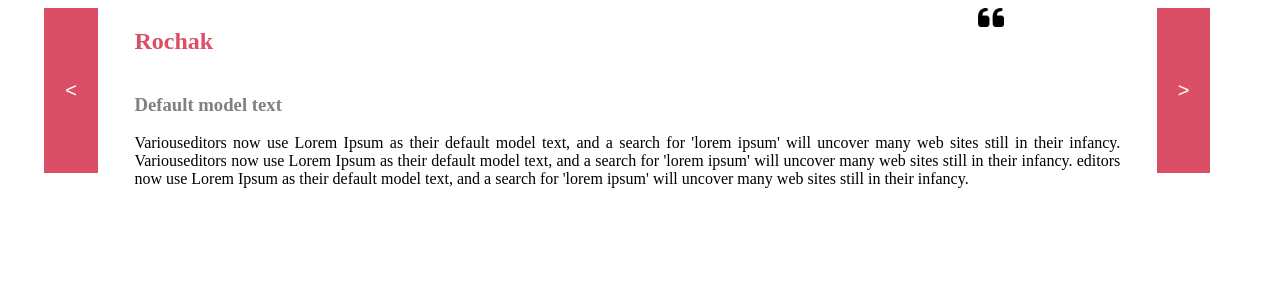
Repository: AVINKUMARP/gifts
Page: demo2.html
These files come from the project's save history. The page is drawn as it stood at one moment and after the next save; the edit follows.
The browser window is 1280 px wide. The pictures show the whole page.

Above is the page before, as saved 2023-08-24 14:05:38.

### demo2.html
<!DOCTYPE html>
<html lang="en">
<head>
    <meta charset="UTF-8">
    <meta name="viewport" content="width=device-width, initial-scale=1.0">
    <title>Document</title>
    <style>
        .container{
            display: flex;
            flex-wrap: wrap;
            text-align: center;
            margin: ;
        }
        .cbutl{
            width: 10%;
        }
        .cpara{
            width: 78%;
        }
        .cbutr{
            width: 10%;
        }
        .csub{
            display: flex;
            flex-wrap: wrap;
            justify-content: space-between;
        }
        .cbutl button{
            background-color: #db4f66;
            color: white;
            border:1px solid #db4f66;
            padding: 70px 20px;
            font-size: 20px;
        }
        .csub h2{
            text-align: start;

        }
        .ch h2{
            color:#db4f66;
        }
        .cpara h3{
            color:gray;
        }
        .cpara h3{
            text-align: start;
        }
        .cpara p{
            text-align: justify;
        }
    </style>
</head>
<body>
    <div class="container">
        <div class="cbutl"><button><</button></div>
        <div class="cpara">
            <div class="csub">
                <div class="ch"><h2>Rochak</h2>
                </div>
                <div class="cicon"><img src="./images/icon.png" alt="loading..." width="10%"></div>
            </div>
            <h3>Default model text</h3>
            <p>Variouseditors now use Lorem Ipsum as their default model text, and a search for 'lorem ipsum' will uncover many web sites still in their infancy. Variouseditors now use Lorem Ipsum as their default model text, and a search for 'lorem ipsum' will uncover many web sites still in their infancy. editors now use Lorem Ipsum as their default model text, and a search for 'lorem ipsum' will uncover many web sites still in their infancy.</p>
        </div>
        <div class="cbutl"><button>></button></div>
    </div>
</body>
</html>

After the next save:
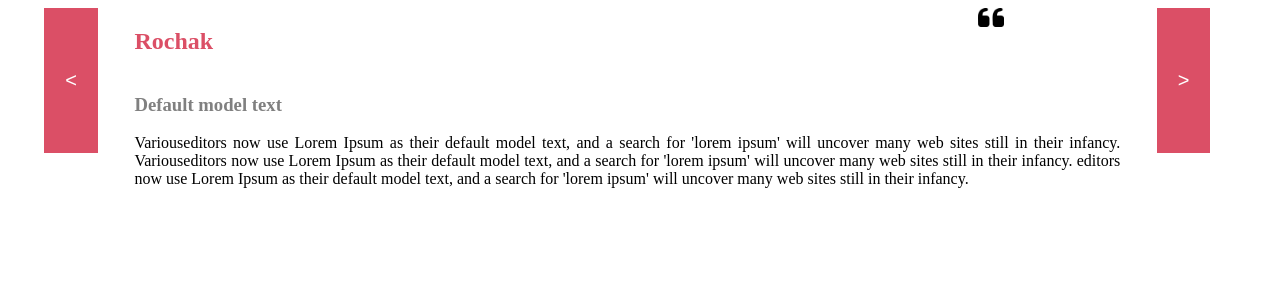
Saved 24 s later.
--- a/demo2.html
+++ b/demo2.html
@@ -29,7 +29,7 @@
             background-color: #db4f66;
             color: white;
             border:1px solid #db4f66;
-            padding: 70px 20px;
+            padding: 60px 20px;
             font-size: 20px;
         }
         .csub h2{
